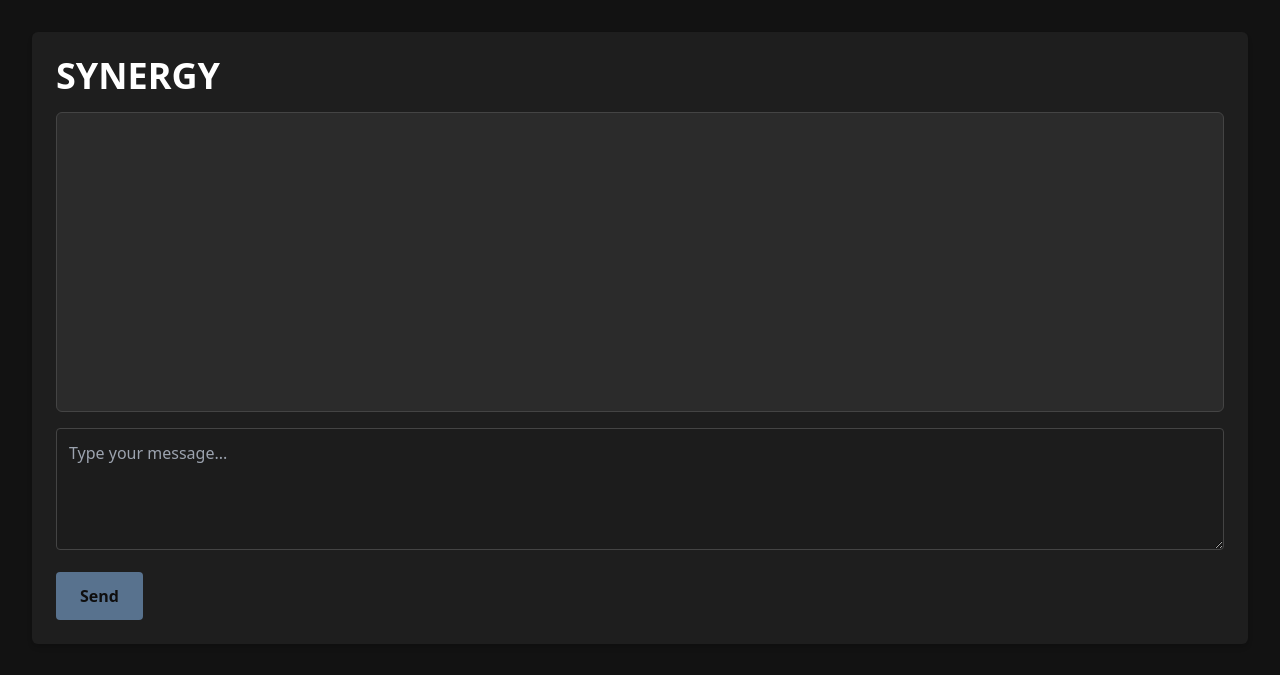
Repository: Theanh0410/Pre-thesis
Page: / (app in LLM/client/)
An editor plug-in stored every save of this project. The page is shown before and after the next save, followed by the edit.
The browser window is 1280 px wide. The pictures show the whole page.
The project was rebuilt for these pictures with package versions that can differ from the ones it lists, and the page was loaded fresh each time. The framework's server and built-in components were replaced by stand-ins that run in the browser. Also part of the build but not shown: LLM/client/next.config.js, LLM/client/next.config.mjs.

Above is the page before, as saved 2025-04-15 18:25:14.

### LLM/client/pages/_app.js
import "../styles/global.css"
export default function App({ Component, pageProps }) {
  return <Component {...pageProps} />;
}

### LLM/client/pages/index.js
// import React, { useState } from 'react';

// export default function ChatApp() {
//   const [sidebarCollapsed, setSidebarCollapsed] = useState(false);
//   const [messages, setMessages] = useState([]);
//   const [prompt, setPrompt] = useState('');
//   const [loading, setLoading] = useState(false);

//   const sendPrompt = () => {
//     if (!prompt.trim()) return;

//     const newMessage = { role: 'user', text: prompt };
//     setMessages((prev) => [...prev, newMessage]);
//     setPrompt('');
//     setLoading(true);

//     // Giả lập phản hồi
//     setTimeout(() => {
//       setMessages((prev) => [
//         ...prev,
//         { role: 'synergy', text: `You said: "${prompt}"` },
//       ]);
//       setLoading(false);
//     }, 1000);
//   };

//   return (
//     <div className="flex h-screen bg-[#0f0f0f] text-[#e0e0e0]">
//       {/* Sidebar */}
//       <div className={`bg-[#121212] border-r border-[#333] transition-all duration-300 ${sidebarCollapsed ? 'w-16' : 'w-64'}`}>
//         <div className="p-4 border-b border-[#333] flex items-center justify-between">
//           {!sidebarCollapsed && <h2 className="text-xl font-bold">SYNERGY</h2>}
//           <button
//             onClick={() => setSidebarCollapsed(!sidebarCollapsed)}
//             className="p-1 rounded hover:bg-[#2b2b2b]"
//           >
//             {sidebarCollapsed ? '→' : '←'}
//           </button>
//         </div>
//         {!sidebarCollapsed && (
//           <div className="p-4">
//             <div className="mb-6">
//               <h3 className="text-sm uppercase text-[#999] mb-2">Chats</h3>
//               {/* Danh sách chats */}
//             </div>
//           </div>
//         )}
//       </div>

//       {/* Main content */}
//       <main className="flex-1 flex flex-col overflow-hidden">
//         {/* Header */}
//         <header className="bg-[#121212] border-b border-[#333] p-4 flex items-center justify-between">
//           <h1 className="text-xl font-semibold">SYNERGY</h1>
//           <div className="flex items-center space-x-4">
//             {/* Các nút điều khiển */}
//           </div>
//         </header>

//         {/* Chat container */}
//         <div className="flex-1 overflow-y-auto p-4 bg-[#0f0f0f]">
//           <div className="max-w-4xl mx-auto">
//             {messages.map((msg, idx) => (
//               <div
//                 key={idx}
//                 className={`mb-6 p-4 rounded-lg ${msg.role === 'user' ? 'bg-[#1e1e1e]' : 'bg-[#252525]'}`}
//               >
//                 <div className="flex items-start mb-2">
//                   <div className={`w-8 h-8 rounded-full flex items-center justify-center mr-3 ${msg.role === 'user' ? 'bg-blue-500' : 'bg-green-500'}`}>
//                     {msg.role === 'user' ? 'U' : 'S'}
//                   </div>
//                   <strong>{msg.role === 'user' ? 'You' : 'SYNERGY'}</strong>
//                 </div>
//                 <div className="whitespace-pre-wrap pl-11">{msg.text}</div>
//               </div>
//             ))}
//             {loading && (
//               <div className="flex items-center p-4 text-gray-400">
//                 <div className="animate-pulse mr-2">•</div>
//                 SYNERGY is thinking...
//               </div>
//             )}
//           </div>
//         </div>

//         {/* Input area */}
//         <div className="bg-[#121212] border-t border-[#333] p-4">
//           <div className="max-w-4xl mx-auto">
//             <div className="relative">
//               <textarea
//                 className="w-full p-4 pr-16 rounded-lg bg-[#1e1e1e] border border-[#333] text-white resize-none focus:outline-none focus:ring-2 focus:ring-blue-500"
//                 rows={4}
//                 value={prompt}
//                 onChange={(e) => setPrompt(e.target.value)}
//                 placeholder="Message SYNERGY..."
//                 onKeyDown={(e) => {
//                   if (e.key === 'Enter' && !e.shiftKey) {
//                     e.preventDefault();
//                     setTimeout(() => sendPrompt(), 0); // Prevent tràn dòng
//                   }
//                 }}
//               />
//               <button
//                 className="absolute right-3 bottom-3 p-2 bg-blue-500 rounded-lg disabled:opacity-50 hover:bg-blue-600 transition"
//                 onClick={sendPrompt}
//                 disabled={loading || !prompt.trim()}
//               >
//                 {loading ? (
//                   <svg className="animate-spin h-5 w-5 text-white" xmlns="http://www.w3.org/2000/svg" fill="none" viewBox="0 0 24 24">
//                     <circle className="opacity-25" cx="12" cy="12" r="10" stroke="currentColor" strokeWidth="4"></circle>
//                     <path className="opacity-75" fill="currentColor" d="M4 12a8 8 0 018-8V0C5.373 0 0 5.373 0 12h4zm2 5.291A7.962 7.962 0 014 12H0c0 3.042 1.135 5.824 3 7.938l3-2.647z"></path>
//                   </svg>
//                 ) : (
//                   '→'
//                 )}
//               </button>
//             </div>
//             <div className="mt-2 text-xs text-gray-400 text-center">
//               SYNERGY may produce inaccurate information
//             </div>
//           </div>
//         </div>
//       </main>
//     </div>
//   );
// }


import { useState } from 'react';

export default function ChatApp() {
  const [prompt, setPrompt] = useState('');
  const [messages, setMessages] = useState([]);
  const [loading, setLoading] = useState(false);
  const [sidebarCollapsed, setSidebarCollapsed] = useState(false);

  const sendPrompt = async () => {
    if (!prompt.trim()) return;

    const userMsg = { role: 'user', text: prompt };
    setMessages(prev => [...prev, userMsg]);
    setPrompt('');
    setLoading(true);

    try {
      const res = await fetch('/api/chat', {
        method: 'POST',
        headers: { 'Content-Type': 'application/json' },
        body: JSON.stringify({ prompt: userMsg.text }),
      });

      if (!res.ok || !res.body) {
        throw new Error(`HTTP error: ${res.status}`);
      }

      let botMsg = { role: 'bot', text: '' };
      setMessages(prev => [...prev, botMsg]);

      const reader = res.body.getReader();
      const decoder = new TextDecoder();

      while (true) {
        const { done, value } = await reader.read();
        if (done) break;

        const chunk = decoder.decode(value);
        botMsg = { ...botMsg, text: botMsg.text + chunk };
        setMessages(prev => [...prev.slice(0, -1), botMsg]);
      }
    } catch (err) {
      console.error(err);
      setMessages(prev => [
        ...prev.slice(0, -1),
        { role: 'bot', text: `❌ Error: ${err.message}` },
      ]);
    } finally {
      setLoading(false);
    }
  };

  return (
    <main className="min-h-screen p-8 bg-[#121212] text-[#e0e0e0] font-sans">
      <div className="max-w-[1300px] mx-auto bg-[#1e1e1e] p-6 rounded-md shadow-md">
        <h1 className="text-4xl text-white mb-4 font-semibold">SYNERGY</h1>

        <div className="h-[300px] overflow-y-auto bg-[#2b2b2b] border border-[#444] rounded-md p-4 mb-4">
          {messages.map((msg, idx) => (
            <div
              key={idx}
              className={`mb-3 whitespace-pre-wrap break-words ${
                msg.role === 'user' ? 'text-blue-300' : 'text-green-300'
              }`}
            >
              <strong>{msg.role === 'user' ? 'You' : 'SYNERGY'}:</strong> {msg.text}
            </div>
          ))}
          {loading && (
            <div className="italic text-gray-400">SYNERGY is typing...</div>
          )}
        </div>

        <textarea
          className="w-full p-3 border border-[#444] rounded resize-y bg-[#1c1c1c] text-white mb-4"
          rows={4}
          value={prompt}
          onChange={(e) => setPrompt(e.target.value)}
          placeholder="Type your message..."
          onKeyDown={(e) => {
            if (e.key === 'Enter' && !e.shiftKey) {
              e.preventDefault();
              sendPrompt();
            }
          }}
        />

        <button
          className="px-6 py-3 bg-blue-300 text-black font-bold rounded disabled:opacity-50 hover:bg-blue-400 transition"
          onClick={sendPrompt}
          disabled={loading || !prompt.trim()}
        >
          {loading ? 'Thinking...' : 'Send'}
        </button>
      </div>
    </main>

  );
}

Loaded but not shown: LLM/client/pages/_document.js (common file); LLM/client/styles/global.css (common file); LLM/client/tailwind.config.js (common file)

After the next save:
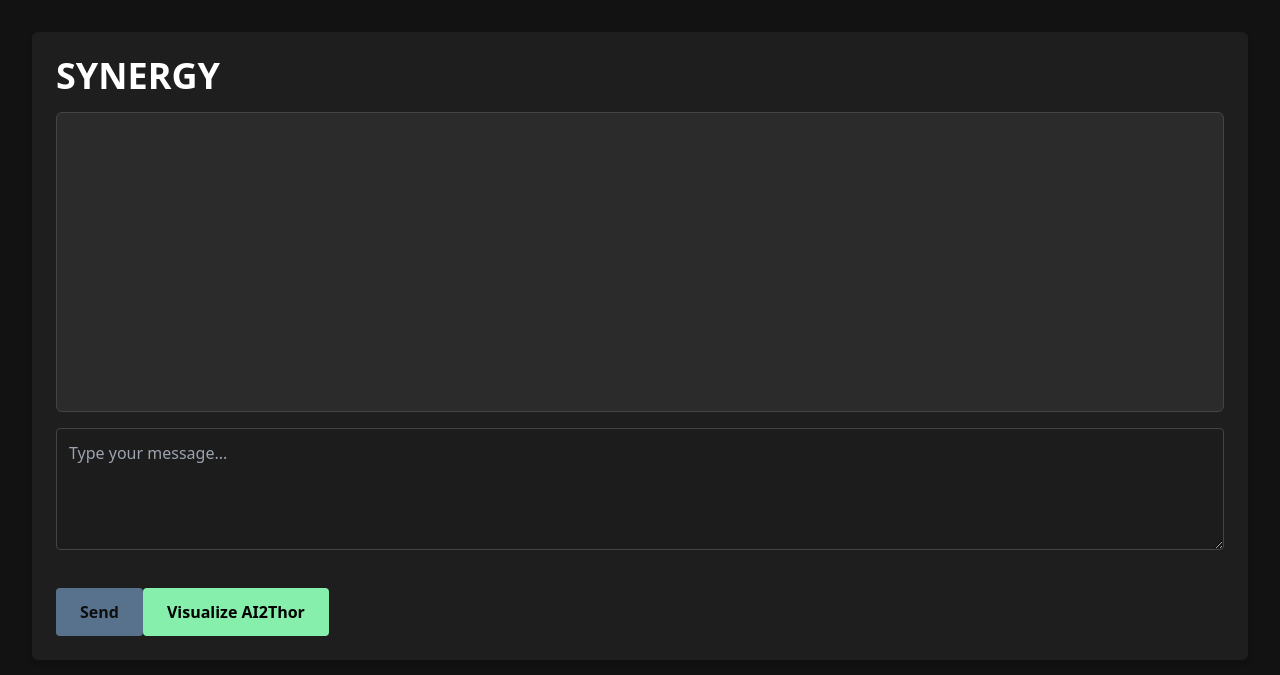
Saved 2 min 37 s later.
--- a/LLM/client/pages/index.js
+++ b/LLM/client/pages/index.js
@@ -126,6 +126,107 @@
 // }
 
 
+// import { useState } from 'react';
+
+// export default function ChatApp() {
+//   const [prompt, setPrompt] = useState('');
+//   const [messages, setMessages] = useState([]);
+//   const [loading, setLoading] = useState(false);
+//   const [sidebarCollapsed, setSidebarCollapsed] = useState(false);
+
+//   const sendPrompt = async () => {
+//     if (!prompt.trim()) return;
+
+//     const userMsg = { role: 'user', text: prompt };
+//     setMessages(prev => [...prev, userMsg]);
+//     setPrompt('');
+//     setLoading(true);
+
+//     try {
+//       const res = await fetch('/api/chat', {
+//         method: 'POST',
+//         headers: { 'Content-Type': 'application/json' },
+//         body: JSON.stringify({ prompt: userMsg.text }),
+//       });
+
+//       if (!res.ok || !res.body) {
+//         throw new Error(`HTTP error: ${res.status}`);
+//       }
+
+//       let botMsg = { role: 'bot', text: '' };
+//       setMessages(prev => [...prev, botMsg]);
+
+//       const reader = res.body.getReader();
+//       const decoder = new TextDecoder();
+
+//       while (true) {
+//         const { done, value } = await reader.read();
+//         if (done) break;
+
+//         const chunk = decoder.decode(value);
+//         botMsg = { ...botMsg, text: botMsg.text + chunk };
+//         setMessages(prev => [...prev.slice(0, -1), botMsg]);
+//       }
+//     } catch (err) {
+//       console.error(err);
+//       setMessages(prev => [
+//         ...prev.slice(0, -1),
+//         { role: 'bot', text: `Error: ${err.message}` },
+//       ]);
+//     } finally {
+//       setLoading(false);
+//     }
+//   };
+
+//   return (
+//     <main className="min-h-screen p-8 bg-[#121212] text-[#e0e0e0] font-sans">
+//       <div className="max-w-[1300px] mx-auto bg-[#1e1e1e] p-6 rounded-md shadow-md">
+//         <h1 className="text-4xl text-white mb-4 font-semibold">SYNERGY</h1>
+
+//         <div className="h-[300px] overflow-y-auto bg-[#2b2b2b] border border-[#444] rounded-md p-4 mb-4">
+//           {messages.map((msg, idx) => (
+//             <div
+//               key={idx}
+//               className={`mb-3 whitespace-pre-wrap break-words ${
+//                 msg.role === 'user' ? 'text-blue-300' : 'text-green-300'
+//               }`}
+//             >
+//               <strong>{msg.role === 'user' ? 'You' : 'SYNERGY'}:</strong> {msg.text}
+//             </div>
+//           ))}
+//           {loading && (
+//             <div className="italic text-gray-400">SYNERGY is typing...</div>
+//           )}
+//         </div>
+
+//         <textarea
+//           className="w-full p-3 border border-[#444] rounded resize-y bg-[#1c1c1c] text-white mb-4"
+//           rows={4}
+//           value={prompt}
+//           onChange={(e) => setPrompt(e.target.value)}
+//           placeholder="Type your message..."
+//           onKeyDown={(e) => {
+//             if (e.key === 'Enter' && !e.shiftKey) {
+//               e.preventDefault();
+//               sendPrompt();
+//             }
+//           }}
+//         />
+
+//         <button
+//           className="px-6 py-3 bg-blue-300 text-black font-bold rounded disabled:opacity-50 hover:bg-blue-400 transition"
+//           onClick={sendPrompt}
+//           disabled={loading || !prompt.trim()}
+//         >
+//           {loading ? 'Thinking...' : 'Send'}
+//         </button>
+//       </div>
+//     </main>
+
+//   );
+// }
+
+
 import { useState } from 'react';
 
 export default function ChatApp() {
@@ -133,6 +234,7 @@ export default function ChatApp() {
   const [messages, setMessages] = useState([]);
   const [loading, setLoading] = useState(false);
   const [sidebarCollapsed, setSidebarCollapsed] = useState(false);
+  const [imageUrl, setImageUrl] = useState(null);  // State for storing AI2Thor image
 
   const sendPrompt = async () => {
     if (!prompt.trim()) return;
@@ -173,6 +275,26 @@ export default function ChatApp() {
         ...prev.slice(0, -1),
         { role: 'bot', text: `❌ Error: ${err.message}` },
       ]);
+    } finally {
+      setLoading(false);
+    }
+  };
+
+  const visualizeAI2Thor = async () => {
+    setLoading(true);
+    try {
+      const res = await fetch('/api/ai2thor_image', { method: 'GET' });
+
+      if (!res.ok) {
+        throw new Error('Failed to fetch AI2Thor image');
+      }
+
+      // Convert image response to a blob
+      const imageBlob = await res.blob();
+      const imageObjectURL = URL.createObjectURL(imageBlob);
+      setImageUrl(imageObjectURL);  // Set the image URL to display
+    } catch (err) {
+      console.error('Error visualizing AI2Thor:', err);
     } finally {
       setLoading(false);
     }
@@ -220,8 +342,24 @@ export default function ChatApp() {
         >
           {loading ? 'Thinking...' : 'Send'}
         </button>
+
+        {/* Visualize Button */}
+        <button
+          className="px-6 py-3 bg-green-300 text-black font-bold rounded disabled:opacity-50 hover:bg-green-400 transition mt-4"
+          onClick={visualizeAI2Thor}
+          disabled={loading}
+        >
+          {loading ? 'Loading Visualization...' : 'Visualize AI2Thor'}
+        </button>
+
+        {/* Display the AI2Thor image */}
+        {imageUrl && (
+          <div className="mt-4">
+            <h2 className="text-white text-xl mb-2">AI2Thor Visualization</h2>
+            <img src={imageUrl} alt="AI2Thor Visualization" className="w-full h-auto rounded-md" />
+          </div>
+        )}
       </div>
     </main>
-
   );
 }
